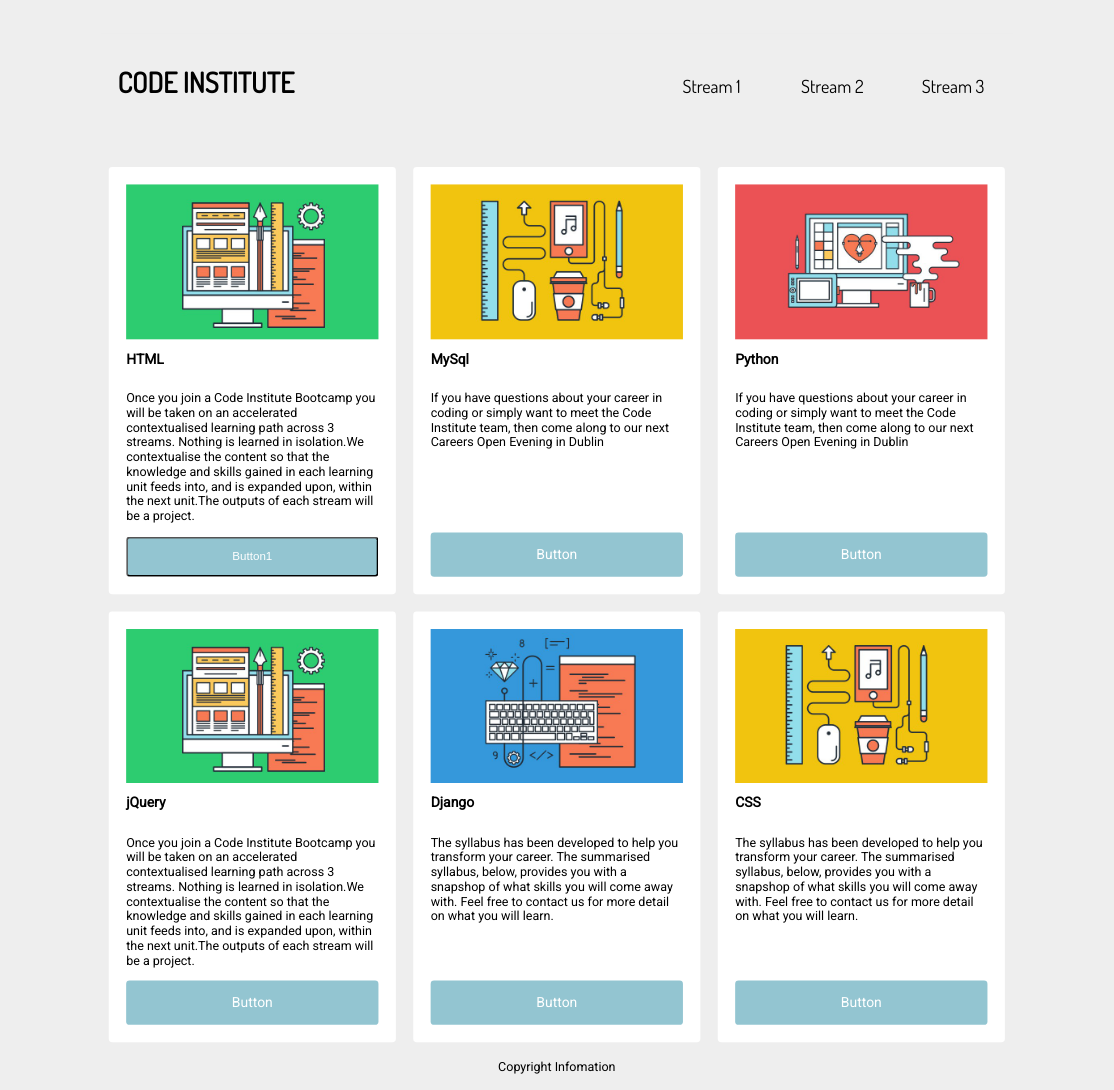
Repository: woodfordtim/jqueryevents
Page: Cards-jquery.html
The author's editor kept a record of every edit. The page is drawn from the files as they stood at one moment, then again after the next edit.
The browser window is 1280 px wide. The pictures show the whole page, at 87% of full size.

Above is the page before.
Console error: SyntaxError: missing ) after argument list

After the next edit:
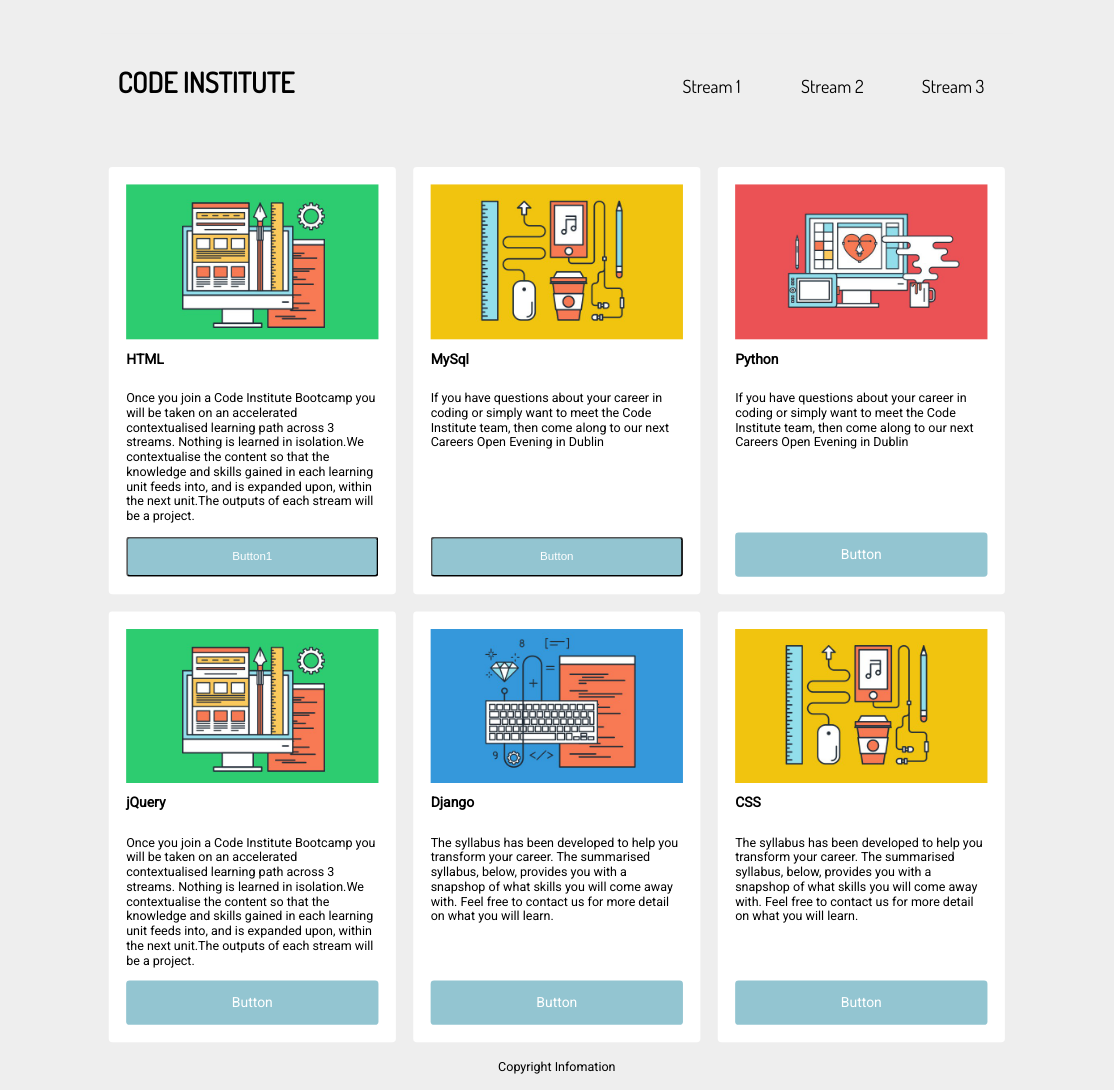
The edit:
--- a/Cards-jquery.html
+++ b/Cards-jquery.html
@@ -30,7 +30,7 @@
 			<img class="card_image" src="img/1.png" alt="coding icon">
 			<h2 id="hr_mysql"class="card_head">MySql</h2>
 			<p class="card_para">If you have questions about your career in coding or simply want to meet the Code Institute team, then come along to our next Careers Open Evening in Dublin</p>
-			<a href="" class="bottom_button">Button</a>
+			<button class="bottom_button">Button</button>
 		</div>
 
 		<div class="card stream2">
